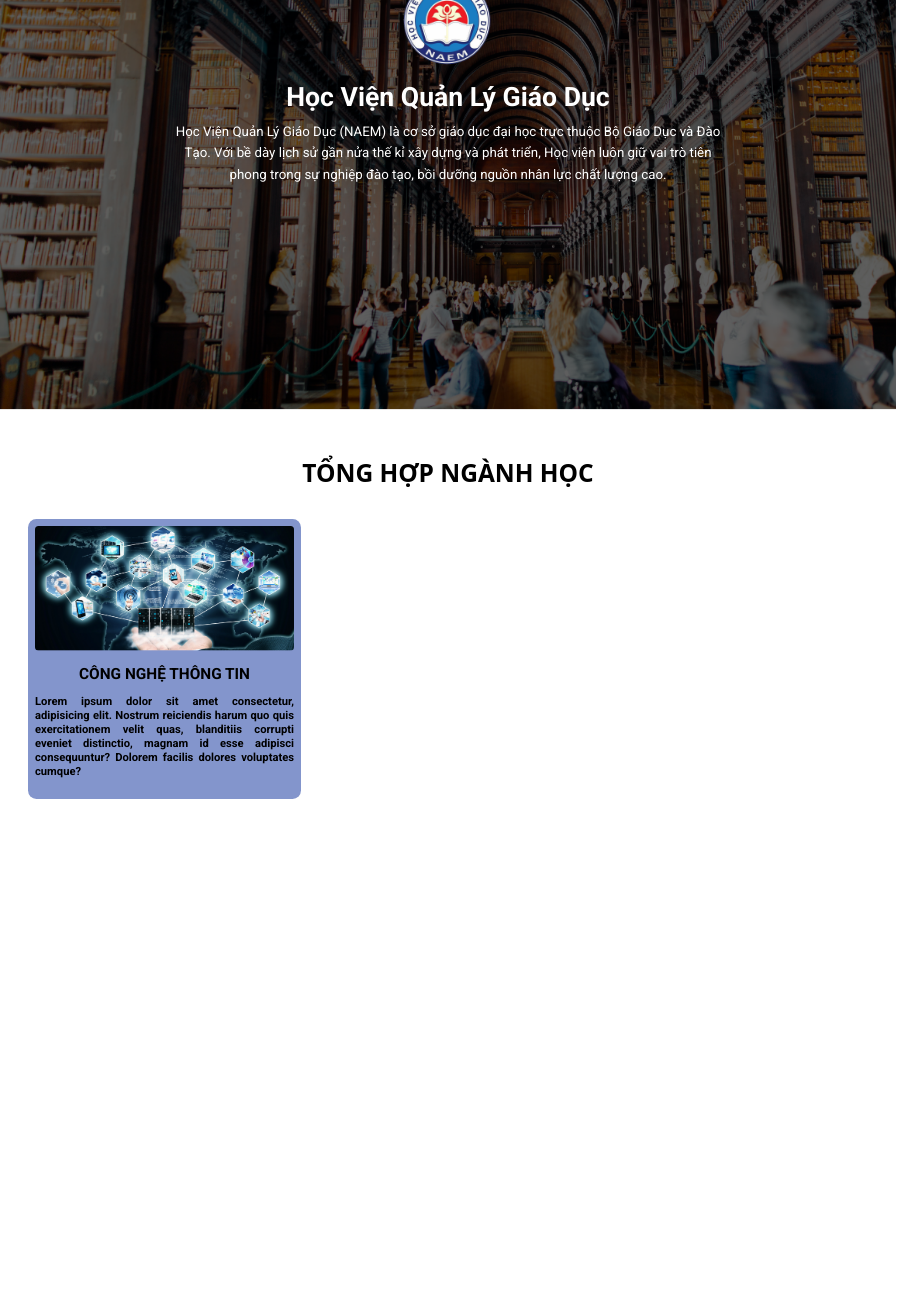
Repository: hongphuck1/trangweb1
Page: index.html
An editor plug-in stored every save of this project. The page is shown before and after a run of saves, followed by the edit.
The browser window is 1280 px wide. The page is 1288 px wide, so the pictures cover 1288 px, including what lies to the right of the window. The pictures show the part of the page from y = 1339 to 3219 px (the page is 4941 px tall), at 70% of full size.

Above is the page before, as saved 2021-09-07 02:03:18.

### index.html
<!DOCTYPE html>
<html lang="en">

<head>
  <meta charset="UTF-8" />
  <meta name="viewport" content="width=device-width, initial-scale=1, shrink-to-fit=no" />
  <meta http-equiv="x-ua-compatible" content="ie=edge" />
  <title>Material Design for Bootstrap</title>
  <!-- MDB icon -->
  <link rel="icon" href="img/SSS1.png" type="image/x-icon" />
  <!-- Font Awesome -->
  <link rel="stylesheet" href="https://use.fontawesome.com/releases/v5.15.2/css/all.css" />
  <!-- Google Fonts Roboto -->
  <link rel="stylesheet" href="https://fonts.googleapis.com/css2?family=Roboto:wght@300;400;500;700;900&display=swap" />
  <!-- MDB -->
  <link rel="stylesheet" href="css/style.css" />
  <link rel="stylesheet" href="css/base.css" />
  <link rel="stylesheet" href="css/grid.css" />
  <link rel="stylesheet" href="css/mdb.min.css" />
</head>

<body>
  <!-- Start your project here-->
  <div class="main">
    <!--Main Navigation-->
    <header>


      <!-- Navbar -->
      <nav class="navbar--opacity navbar navbar-expand-lg navbar-light fixed-top mask-custom shadow-0">
        <div class="container">

          <a class="navbar-brand nav-link" target="_blank" href="https://mdbootstrap.com/docs/standard/">
            <strong style="font-size: 2.2rem;">MRC</strong>
          </a>
          <button class="navbar-toggler navbar-toggler--opacity" type="button" data-mdb-toggle="collapse"
            data-mdb-target="#navbarSupportedContent" aria-controls="navbarSupportedContent" aria-expanded="false"
            aria-label="Toggle navigation">
            <i style="color: #ccc" class="fas fa-bars"></i>
          </button>
          <div class="collapse navbar-collapse" id="navbarSupportedContent">
            <ul class="navbar-nav me-auto mb-2 mb-lg-0">
              <li class="nav-item active">
                <a class="nav-link" aria-current="page" href="#intro">Giới thiệu</a>
              </li>
              <li class="nav-item">
                <a class="nav-link" href="https://www.facebook.com/MRC.NAEM" rel="nofollow" target="_blank">Hỏi đáp</a>
              </li>
              <li class="nav-item">
                <a class="nav-link" href="https://www.facebook.com/MRC.NAEM" target="_blank">Bài viết</a>
              </li>
              <li class="nav-item">
                <a class="nav-link" href="https://www.facebook.com/messages/t/101815085369835" target="_blank">Liên
                  hệ</a>
              </li>
            </ul>
            <ul class="navbar-nav list-inline">
              <!-- Icons -->
              <li class="">
                <a class="nav-link" href="https://www.youtube.com/channel/UCjl0s7v8m8V4IzuAS1fH-iA" rel="nofollow"
                  target="_blank">
                  <i class="fab fa-youtube"></i>
                </a>
              </li>
              <li class="">
                <a class="nav-link" href="https://www.facebook.com/MRC.NAEM" rel="nofollow" target="_blank">
                  <i class="fab fa-facebook-f"></i>
                </a>
              </li>
              <li class="nav-item">
                <a class="nav-link" href="https://www.tiktok.com/@mrcnaem" rel="nofollow" target="_blank">
                  <i class="fab fa-tiktok"></i>
                </a>
              </li>
              <li class="nav-item">
                <a class="nav-link" href="tel: 0349167687" rel="nofollow" target="_blank">
                  <i class="fas fa-envelope"></i>
                </a>
              </li>
            </ul>
          </div>
        </div>
      </nav>

      <!-- Carousel wrapper -->
      <div id="introCarousel" class="carousel slide carousel-fade shadow-2-strong" data-mdb-ride="carousel">
        <!-- Indicators -->
        <ol class="carousel-indicators">
          <li data-mdb-target="#introCarousel" data-mdb-slide-to="0" class="active"></li>
          <li data-mdb-target="#introCarousel" data-mdb-slide-to="1"></li>
          <li data-mdb-target="#introCarousel" data-mdb-slide-to="2"></li>
        </ol>

        <!-- Inner -->
        <div class="carousel-inner">
          <!-- Single item -->
          <div class="carousel-item active">
            <div class="mask" style="background-color: rgba(0, 0, 0, 0.6);">
              <div class="d-flex justify-content-center align-items-center h-100">
                <div class="text-white text-center">
                  <h1 style="font-size: 2.4rem;" class="mb-3">CLB TUYỂN SINH VÀ TRUYỀN THÔNG - MRC NAEM</h1>
                  <h5 style="font-size: 1.2rem;" class="mb-4">Hỗ trợ tư vấn - hướng nghiệp, trả lời những thắc mắc cho
                    học sinh và phụ huynh.</h5>

                  <a style="font-size: 1.8rem; " class="btn-DANGKI btn btn-outline-light btn-lg m-2"
                    href="https://www.facebook.com/MRC.NAEM" target="_blank" role="button">Đăng kí ngay</a>
                </div>
              </div>
            </div>
          </div>

          <!-- Single item -->
          <div class="carousel-item">
            <div class="mask" style="background-color: rgba(0, 0, 0, 0.3);">
              <div class="d-flex justify-content-center align-items-center h-100">
                <div class="text-white text-center">
                  <h1 style="font-size: 2.4rem;" class="mb-3">CLB TUYỂN SINH VÀ TRUYỀN THÔNG - MRC NAEM</h1>
                  <h5 style="font-size: 1.2rem;" class="mb-4">Hỗ trợ tư vấn - hướng nghiệp, trả lời những thắc mắc cho
                    học sinh và phụ huynh.</h5>

                  <a style="font-size: 1.8rem; " class="btn-DANGKI btn btn-outline-light btn-lg m-2"
                    href="https://www.facebook.com/MRC.NAEM" target="_blank" role="button">Đăng kí ngay</a>
                </div>
              </div>
            </div>
          </div>

          <!-- Single item -->
          <div class="carousel-item">
            <div class="mask" style="
                background: linear-gradient(
                  45deg,
                  rgba(29, 236, 197, 0.7),
                  rgba(91, 14, 214, 0.7) 100%
                );
              ">
              <div class="d-flex justify-content-center align-items-center h-100">
                <div class="text-white text-center">
                  <h1 style="font-size: 2.4rem;" class="mb-3">CLB TUYỂN SINH VÀ TRUYỀN THÔNG - MRC NAEM</h1>
                  <h5 style="font-size: 1.2rem;" class="mb-4">Hỗ trợ tư vấn - hướng nghiệp, trả lời những thắc mắc cho
                    học sinh và phụ huynh.</h5>

                  <a style="font-size: 1.8rem; " class="btn-DANGKI btn btn-outline-light btn-lg m-2"
                    href="https://www.facebook.com/MRC.NAEM" target="_blank" role="button">Đăng kí ngay</a>
                </div>
              </div>
            </div>
          </div>
        </div>
        <!-- Inner -->

        <!-- Controls -->
        <a class="carousel-control-prev" href="#introCarousel" role="button" data-mdb-slide="prev">
          <span class="carousel-control-prev-icon" aria-hidden="true"></span>
          <span class="sr-only">Previous</span>
        </a>
        <a class="carousel-control-next" href="#introCarousel" role="button" data-mdb-slide="next">
          <span class="carousel-control-next-icon" aria-hidden="true"></span>
          <span class="sr-only">Next</span>
        </a>
      </div>
      <!-- Carousel wrapper -->
    </header>


    <section>
      <div class="container-body">
        <div class="container-body-name">
          <h1>Thông Tin Tuyển Sinh</h1>
        </div>

        <div class="row">
          <div class="col l-6">
            <div class="container-body-content">
              <h2 class="container-body-content__name">Các Phương Án Xét Tuyển</h2>
              <div class="container-body-content-attention">
                <i class="fas fa-check-double"></i>
                <h4>Dựa vào học bạ (Điểm HK1 & HK2 lớp 11 và điểm HK1 lớp 12)</h4>
              </div>
              <div class="container-body-content-attention">
                <i class="fas fa-check-double"></i>
                <h4>Sử dụng kết quả thi THPT 2021</h4>
              </div>
              <div class="container-body-content-attention">
                <i class="fas fa-check-double"></i>

                <h4>Tuyển thẳng</h4>
              </div>
              <div class="container-body-content-attention">
                <i class="far fa-bell"></i>
                <h4>Cơ hội trúng tuyển cao khi có tới 70% chỉ tiêu qua xét tuyển học bạ</h4>
              </div>
              <div class="container-body-content-attention">
                <i class="far fa-plus-square"></i>
                <h4>Đặc biệt sinh viên được phép học thêm một ngành khác tại Học viện (Luật, Ngôn ngữ Anh, Tâm lý giáo
                  dục, Quản trị văn phòng, Giáo dục học, Quản lý giáo dục và Kinh tế giáo dục)</h4>
              </div>
            </div>
          </div>
          <div class="col l-6">
            <div class="container-body-img">
              <img src="img/klipartz.com_-1024x586.png" alt="">
            </div>
          </div>
        </div>


      </div>

      <div class="container-body-review">
        <div class="grid wide">
          <div class="row">
            <div class="col l-12">
              <img src="img/1-1.png" alt="">
              <div class="container-body-review__name">
                Học Viện Quản Lý Giáo Dục
              </div>
              <div class="container-body-review__title">
                Học Viện Quản Lý Giáo Dục (NAEM) là cơ sở giáo dục đại học trực thuộc Bộ Giáo Dục và Đào Tạo. Với bề dày
                lịch sử gần nửa thế kỉ xây dựng và phát triển, Học viện luôn giữ vai trò tiên phong trong sự nghiệp đào
                tạo, bồi dưỡng nguồn nhân lực chất lượng cao.
              </div>
            </div>
          </div>
        </div>
      </div>

      <div class="container-body-subjects">
        <h1>TỔNG HỢP NGÀNH HỌC</h1>

        <div class="grid wide">
          <div class="row">
            <div class="col l-4">
              <div class="container-body-subject">
                <img src="img/congnghethongtin.png" alt="">
                <h2>CÔNG NGHỆ THÔNG TIN</h2>
                <h4>Lorem ipsum dolor sit amet consectetur, adipisicing elit. Nostrum reiciendis harum quo quis
                  exercitationem velit quas, blanditiis corrupti eveniet distinctio, magnam id esse adipisci
                  consequuntur? Dolorem facilis dolores voluptates cumque?</h4>
              </div>
            </div>
            <div class="col l-4"></div>
            <div class="col l-4"></div>
          </div>
        </div>

    </section>

  </div>
  <!--Main Navigation-->
  <!-- End your project here-->

  <!-- MDB -->
  <script type="text/javascript" src="js/mdb.min.js"></script>
  <!-- Custom scripts -->
  <script type="text/javascript"></script>
</body>

</html>

### css/style.css

.main {

    height: 1000px;
}

/* Carousel styling */
#introCarousel,
.carousel-inner,
.carousel-item,
.carousel-item.active {
  height: 100vh;
}

.carousel-item:nth-child(1) {
  background-image: url('https://mdbootstrap.com/img/Photos/Others/images/76.jpg');
  background-repeat: no-repeat;
  background-size: cover;
  background-position: center center;
}

.carousel-item:nth-child(2) {
  background-image: url('https://mdbootstrap.com/img/Photos/Others/images/77.jpg');
  background-repeat: no-repeat;
  background-size: cover;
  background-position: center center;
}

.carousel-item:nth-child(3) {
  background-image: url('https://mdbootstrap.com/img/Photos/Others/images/78.jpg');
  background-repeat: no-repeat;
  background-size: cover;
  background-position: center center;
}

/* Height for devices larger than 576px */
@media (min-width: 992px) {
  #introCarousel {
    margin-top: -58.59px;
  }
}

.navbar .nav-link {
  color: #fff !important;
}



/* trèn đè css boottraps */

.nav-link {
  /* padding: 1.2rem 1rem !important; */
  font-size: 1.6rem;
  padding-right: 20px !important;
}

.nav-link:hover {
  /* padding: 1.2rem 1rem !important; */
  color: yellow !important;
  transition: color 0.5s ;
}


.btn-DANGKI:hover {
  color: yellow !important;
  border: 1px solid yellow !important;
  transition: 0.5s ;
}

.navbar-dark .navbar-toggler, .navbar-light .navbar-toggler {
  display: block;
}

.navbar--opacity {
  background-color: rgba(1,1,1,0.2);
}


@media only screen and (max-width: 600px) {
 .text-center h1 {
    font-size: 2.7rem !important;
    padding: 20px 0;
  }
  .carousel-control-next, .carousel-control-prev{
    display: none !important;
  }
  .text-center h5{
    padding: 0 20px;
    line-height: 1.9rem !important;
    font-size: 1.4rem !important;
  }
}


@import url('https://fonts.googleapis.com/css2?family=Poppins:wght@300;400;600;700&display=swap');
  :root {
    --primary: #08aeea;
    --secondary: #13D2B8;
    --purple: #bd93f9;
    --pink: #ff6bcb;
    --blue: #8be9fd;
    --gray: #333;
    --font: "Poppins", sans-serif;
    --gradient: linear-gradient(40deg, #ff6ec4, #7873f5);
    --shadow: 0 0 15px 0 rgba(0,0,0,0.05);
  }
  *,
  *:before,
  *:after {
    box-sizing: border-box;
  }
  html {
    font-size: 62.5%;
  }

  body {
    font-family: var(--font);
    font-size: 1.4rem;
    overflow-x: hidden;
    font-weight: 300;
  }

  img {
    display: block;
    max-width: 100%;
  }

  a {
    text-decoration: none;
  }

  input,
  button,
  textarea,
  select {
    font-family: var(--font);
    font-size: 1.4rem;
    font-weight: 300;
    outline: none;
    border: 0;
    margin: 0;
    padding: 0;
    border-radius: 0;
    -webkit-appearance: none;
  }

  button {
    cursor: pointer;
  }

          .simple-card {
            background-color: white;
            border-radius: 2rem;
            padding: 1.5rem;
            box-shadow: var(--shadow);
          }
          .simple-card-image {
            position: relative;
            height: 0;
            padding-bottom: 56.25%;
          }
          .simple-card-image > img {
            position: absolute;
            top: 0;
            left: 0;
            width: 100%;
            height: 100%;
            object-fit: cover;
            border-radius: 1rem;
          }
          .simple-card-content {
            padding: 3rem 1rem;
          }
          .simple-card-title {
            font-weight: 500;
            font-size: 2rem;
            line-height: 1.6;
            margin-bottom: 1.5rem;
            color: #2b2b2b;
          }
          .simple-card-desc {
            color: #c7cbdc;
            font-weight: 300;
            line-height: 1.6;
            font-size: 1.4rem;
            margin-bottom: 3rem;
          }
          .simple-card-line {
            width: 30%;
            height: 2px;
            margin-left: auto;
            background-color: var(--primary);
          }

          .container-body{
            padding-top: 40px;
            padding-bottom: 70px;
          }
          .container-body-name{
            text-align: center;
            padding: 40px 0 ;
          }
          .container-body-name h1{
            color: #000000;
            font-family: "Open Sans", Sans-serif;
            font-size: 35px;
            font-weight: 700;
            text-transform: capitalize;
          }

          .container-body-content{
           padding-left: 100px;
          }
          .container-body-content__name{
           font-size: 2.8rem;
           color: #000000;
           padding-bottom: 10px;
          }
          .container-body-content-attention{
          display: flex;
          align-items: center;
          padding: 4px 0;
          }
          .container-body-content-attention i{
            transform: translateY(-15%);
            padding-right: 10px;
            font-size: 1.8rem;
            color: var(--primary);
          }
          .container-body-content-attention h4{
            font-size: 1.8rem;
          }

          .container-body-img{
          padding: 0 50px ;
          }

.container-body-review {
  background-image: url(../img/Thiết\ kế\ không\ tên.png);
  background-repeat: no-repeat;
  background-size: cover;
  height: 100vh;
}

.container-body-review img {
  width: 150px;
  margin: auto;
  padding-top: 90px;
}


.container-body-review__name, .container-body-review__title {
  text-align: center;
  color: white;
padding-top: 20px;
}

.container-body-review__name {
  font-size: 3.8rem;
  padding: 4px 0;
  font-weight: 600;
}

.container-body-review__title {
  font-size: 1.9rem;
  padding: 0 200px;
}



/* TỔNG HỢP NGÀNH HỌC */

.container-body-subjects{
  padding: 70px 0;
}

.container-body-subjects h1 {
  text-align: center;
  padding-bottom: 40px;
  color: rgb(0, 0, 0);
    font-family: "Open Sans", sans-serif;
    font-size: 35px;
    font-weight: 700;
    text-transform: capitalize;
}

.container-body-subject {
  background-color: #8395cc;
  text-align: center;
  border-radius: 12px;
  color: #000000;
}

.container-body-subject img {
  width: 100%;
  padding: 10px;
  border-radius: 15px;

}

.container-body-subject h2{
  padding: 10px 0;
  font-weight: 600;
  font-size: 2.2rem;
}

.container-body-subject h4{
  padding:  0 10px 30px;
  line-height: 2.0rem;
  text-align: justify;
  font-weight: 600;
  font-size: 1.6rem;
}

### css/base.css
:root {
    --white-color: #fff;
    --black-color: #000;
    --text-color: rgb(110, 109, 109);
    --primary-color: #6EC1E4;
    --primary-color-sub: #fd3f00;
    --border-color: #dbdbdb;

    --header: 109px;
    --header-top: 36px;
    --navbar-height: 27px;
    --header-with-search-height: calc(var(--header-height) - var(--navbar-height));
    --header-sort-bar-height: 46px;
}


* {
    margin: 0;
    padding: 0;
    box-sizing: border-box;

}
.no-copy__text {
    user-select: none;
}
html {
    font-size: 62.5%;
    line-height: 1.6rem;
    font-family: 'Roboto', sans-serif;

    /* user-select: none;   không cho copy text */
}

body {
    height: 5000px;
}
@media only screen and  (max-width: 1000px) and (min-width: 700px) {
    html {
    }
}

Loaded but not shown: css/mdb.min.css (library); js/mdb.min.js (library); css/grid.css (590 lines, source omitted)

After the next 10 saves:
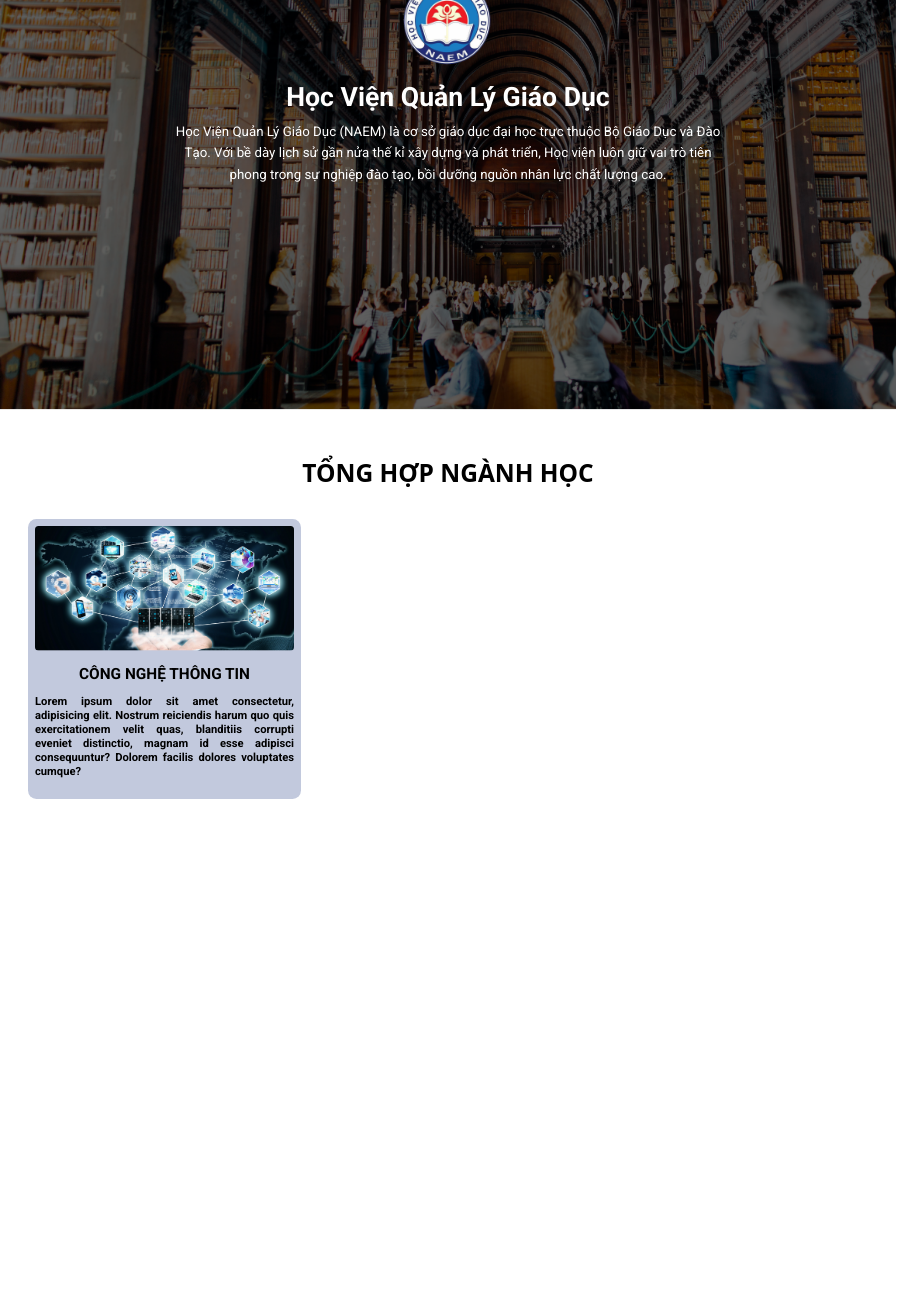
The 10 saves are shown as one change because they came seconds apart.
The last was saved 21 s later.
--- a/css/style.css
+++ b/css/style.css
@@ -285,7 +285,7 @@
 }
 
 .container-body-subject {
-  background-color: #8395cc;
+  background-color: #c2c9dd;
   text-align: center;
   border-radius: 12px;
   color: #000000;
